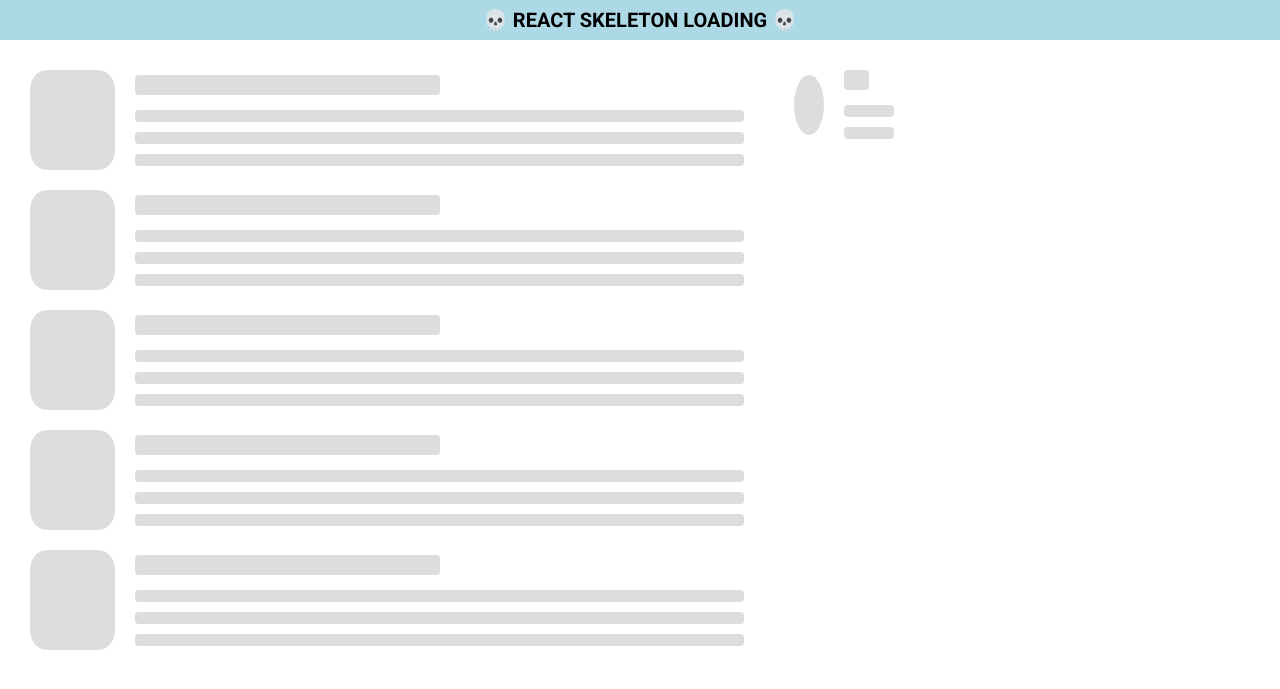
Repository: ethanJones21/React-Skeleton-Loading
Page: /
An editor plug-in stored every save of this project. The page is shown before and after the next save, followed by the edit.
The browser window is 1280 px wide. The pictures show the whole page.
The page's requests for data from a server got no answer. The project was rebuilt for these pictures with package versions that can differ from the ones it lists, and the page was loaded fresh each time. No one was signed in, and anything a server would have sent is missing. Also part of the build but not shown: src/components/Post.css, src/components/Post.js.

Above is the page before, as saved 2020-11-26 03:26:29.

After the next save:
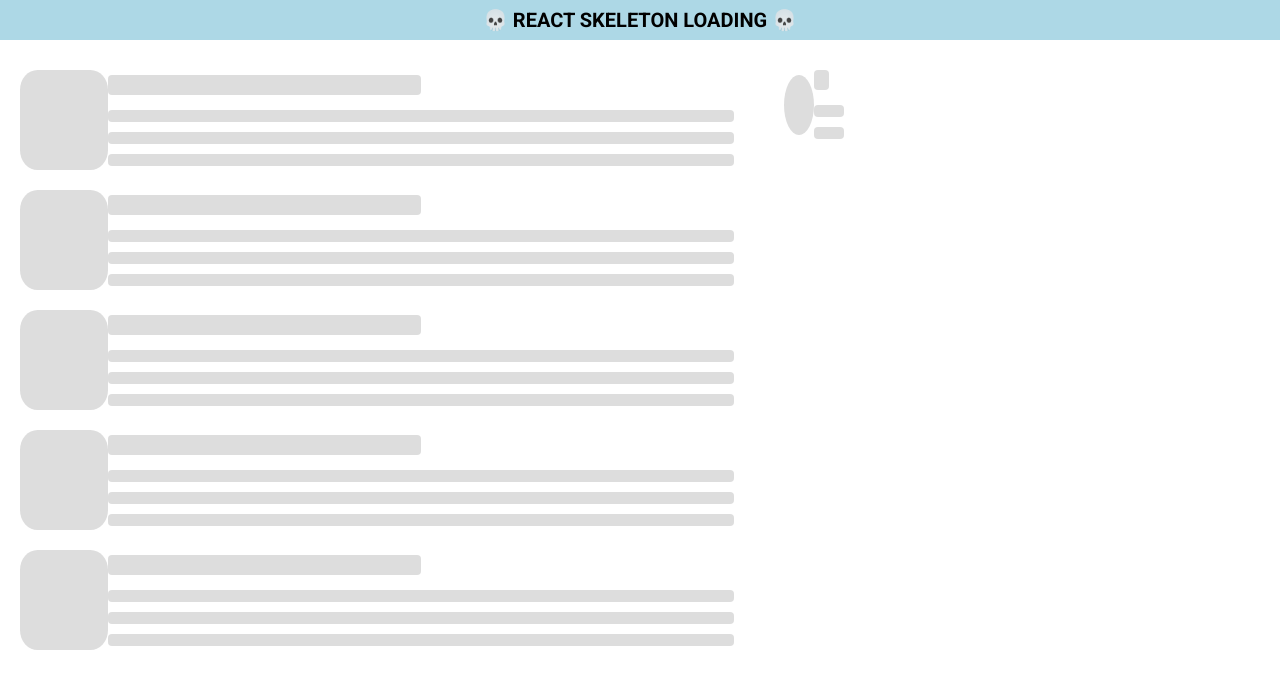
Saved 57 s later.
--- a/src/skeleton/Skeleton.css
+++ b/src/skeleton/Skeleton.css
@@ -1,7 +1,7 @@
 .skeleton {
   background: #ddd;
   overflow: hidden;
-  margin: 10px;
+  margin: 10px 0;
   border-radius: 4px;
 }
 

After the save that followed:
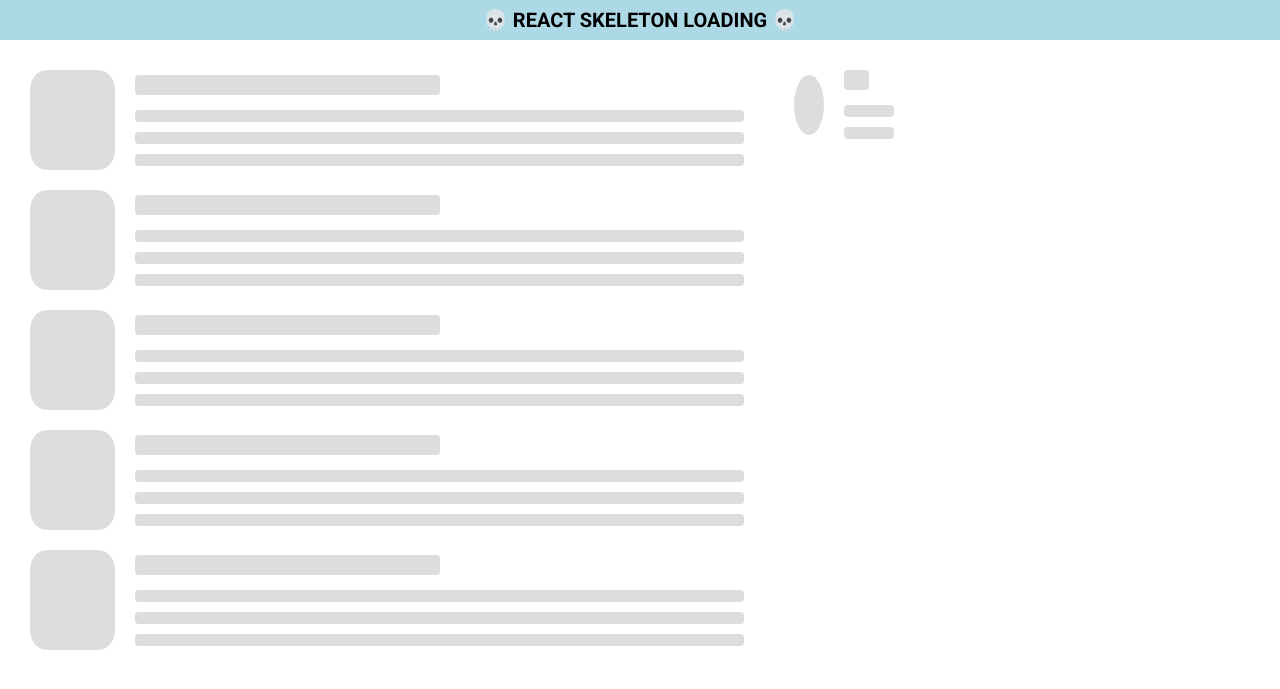
Saved 13 s later.
--- a/src/skeleton/Skeleton.css
+++ b/src/skeleton/Skeleton.css
@@ -1,7 +1,7 @@
 .skeleton {
   background: #ddd;
   overflow: hidden;
-  margin: 10px 0;
+  margin: 10px;
   border-radius: 4px;
 }
 
